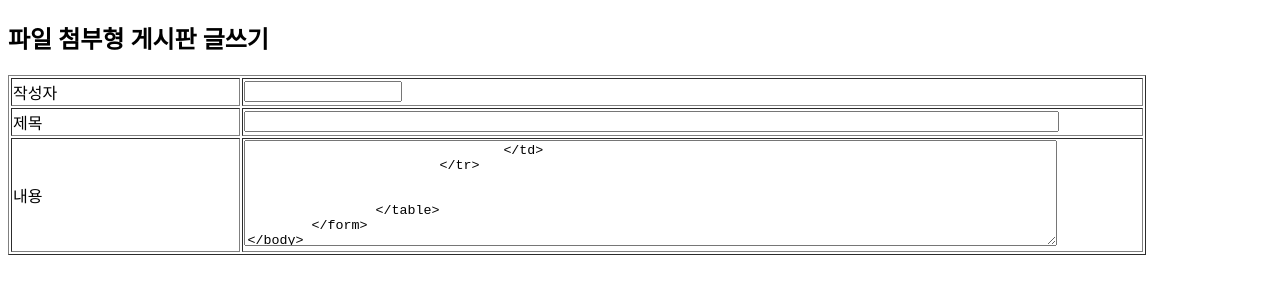
Repository: parkho96/testnum2
Page: http://localhost/jspstudy/m2board/write.do
An editor plug-in stored every save of this project. The page is shown before and after the next save, followed by the edit.
The browser window is 1280 px wide. The pictures show the whole page.
The page is served by Tomcat 9. Other server files are loaded and not shown.

Above is the page before, as saved 2023-04-12 05:47:36.

### workjsp/jspstudy/src/main/webapp/14M2Board/Write.jsp
<%@ page language="java" contentType="text/html; charset=UTF-8"
    pageEncoding="UTF-8"%>
<!DOCTYPE html>
<html>
<head>
<meta charset="UTF-8">
<title>자료 게시판</title>
</head>
<body>
	<h2>파일 첨부형 게시판 글쓰기</h2>
	<form action="../m2board/write.do" method="post" name=writeForm
		enctype="multipart/form-data">
		<table border="1" width="90%">
			<tr>
				<td>작성자</td>
				<td>
					<input type="text" name="name" style="width:150px;"/>
				</td>
			</tr>
			<tr>
				<td>제목</td>
				<td>
					<input type="text" name="title" style="width:90%;"/>
				</td>
			</tr>
			<tr>
				<td>내용</td>
				<td>
					<textarea name="content" style="width:90%;height:100px;">
				</td>
			</tr>


		</table>
	</form>
</body>
</html>

### workjsp/jspstudy/src/main/java/m2board/WriteController.java
package m2board;

import java.io.File;
import java.io.IOException;
import java.text.SimpleDateFormat;
import java.util.Date;

import javax.servlet.ServletContext;
import javax.servlet.ServletException;
import javax.servlet.http.HttpServlet;
import javax.servlet.http.HttpServletRequest;
import javax.servlet.http.HttpServletResponse;

import com.oreilly.servlet.MultipartRequest;

import utils.AlertFunc;
import utils.FileUtil;

public class WriteController extends HttpServlet
{
	@Override
	protected void doGet(HttpServletRequest req, HttpServletResponse resp) throws ServletException, IOException {
		req.getRequestDispatcher("/14M2Board/Write.jsp").forward(req, resp);
	}


	@Override
	protected void doPost(HttpServletRequest req, HttpServletResponse resp) throws ServletException, IOException {
		//  파일 업로드 처리
		// >업로드 디렉토리의 물리적 경로 확인
		String saveDirectory = req.getServletContext().getRealPath("/Storage");
		//  파일 업로드를 위한 기본 정보
		ServletContext application = getServletContext();
		int maxPostSize = Integer.parseInt(application.getInitParameter("maxPostSize"));
		// >파일 업로드
		MultipartRequest mr = FileUtil.uploadFile(req, saveDirectory, maxPostSize);
		if(mr==null)
		{
			//파일 업로드 실패하면
			AlertFunc.alertLocation(resp,"첨부 파일이 업로드 되지 않았습니다." , "../m2board/write.do");
			return;
		}

		//DB 정보 저장
		//폼값을 DTO 저장
		MBoardDTO dto = new MBoardDTO();
		dto.setName(mr.getParameter("name"));
		dto.setTitle(mr.getParameter("title"));
		dto.setContent(mr.getParameter("content"));
		dto.setPass(mr.getParameter("pass"));

		//원본 파일명과 수정된 파일명
		String filename = mr.getFilesystemName("ofile");
		if(filename!=null)
		{
			// 새 파일 명 생성
			String nfname = new SimpleDateFormat("yyyyMMdd_HmsS").format(new Date());
			String ext = filename.substring(filename.lastIndexOf("."));
			String newFileName = nfname+ext;

			// 파일명 변경
			File oldFile = new File(saveDirectory+File.separator+filename);
			File newFile = new File(saveDirectory+File.separator+newFileName);
			oldFile.renameTo(newFile);
			// 원래 파일 이름
			dto.setOfile(filename);
			// 서버에 저장된 파일 이름
			dto.setNfile(newFileName);
		}

		//DAO를 통해 DB에 내용저장
		MBoardDAO dao = new MBoardDAO();
		int result = dao.insertWrite(dto);
		dao.close();

		//성공여부
		if(result==1) // 성공
		{
			resp.sendRedirect("../m2board/list.do");
		}
		else
		{
			resp.sendRedirect("../m2board/write.do");
		}


	}
}

After the next save:
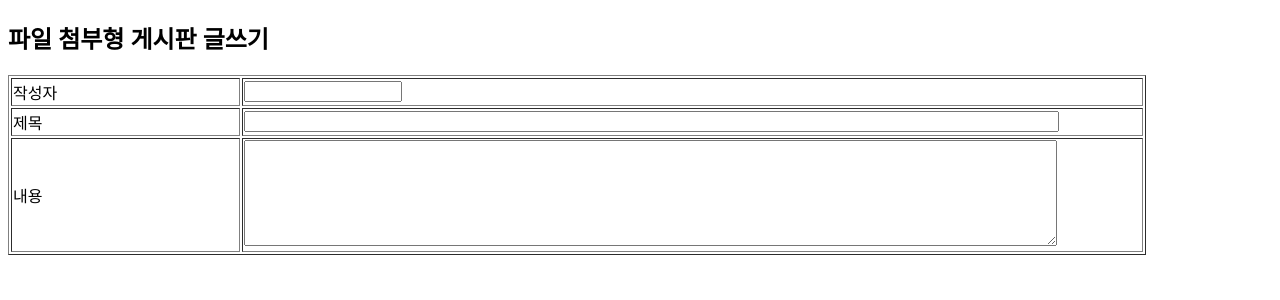
Saved 6 s later.
--- a/workjsp/jspstudy/src/main/webapp/14M2Board/Write.jsp
+++ b/workjsp/jspstudy/src/main/webapp/14M2Board/Write.jsp
@@ -26,7 +26,7 @@
 			<tr>
 				<td>내용</td>
 				<td>
-					<textarea name="content" style="width:90%;height:100px;">
+					<textarea name="content" style="width:90%;height:100px;"></textarea>
 				</td>
 			</tr>
 
